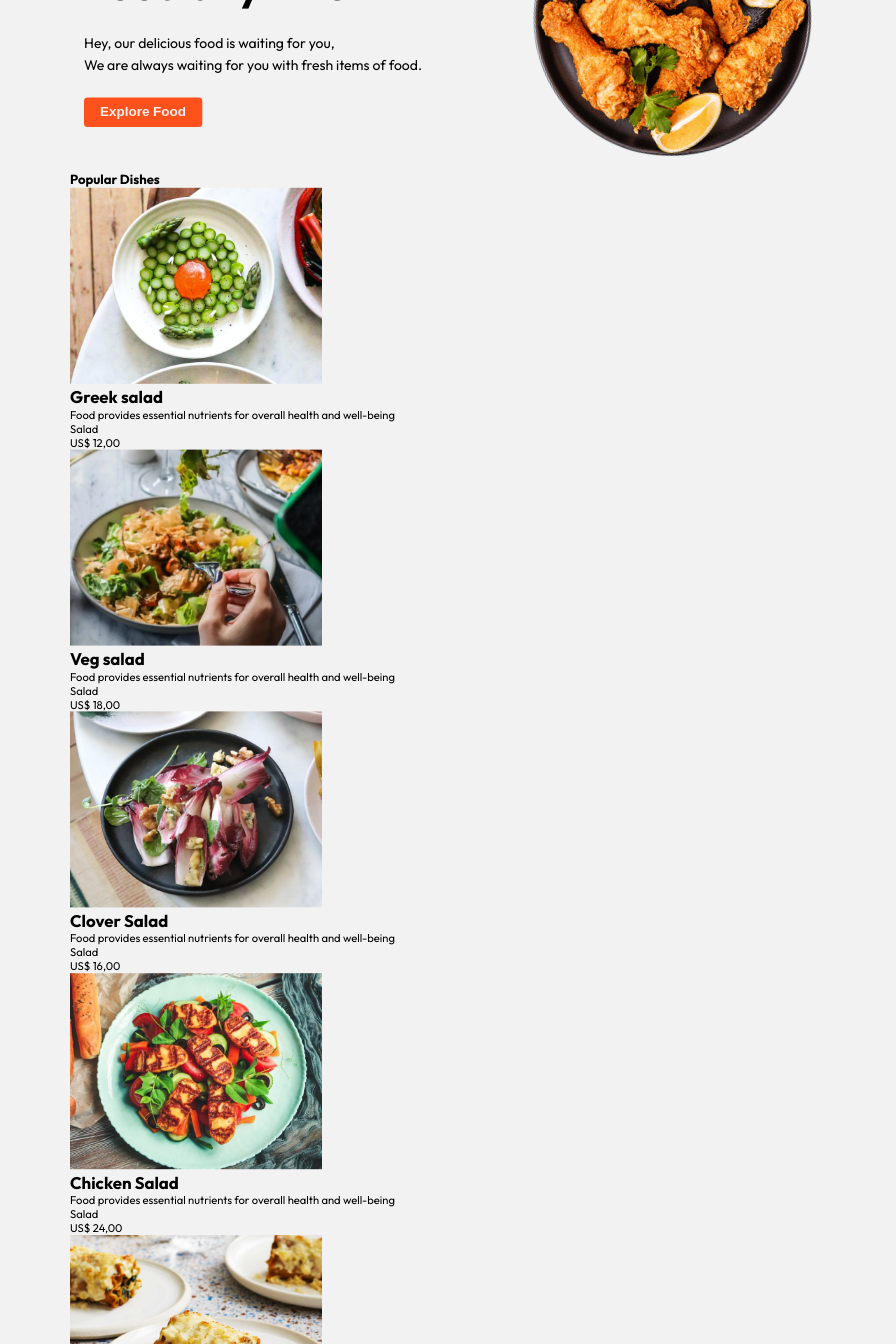
Repository: guilhermecardoso93/foodio
Page: /
These files come from the project's save history. The page is drawn as it stood at one moment and after the next save; the edit follows.
The browser window is 1280 px wide. The pictures show the part of the page from y = 395 to 2315 px (the page is 12632 px tall before and 12682 px after), at 70% of full size.
The project was rebuilt for these pictures with package versions that can differ from the ones it lists, and the page was loaded fresh each time. Also part of the build but not shown: vite.config.js, src/components/CardItem/styles.css, src/index.css.

Above is the page before, as saved 2024-11-05 20:05:07.

After the next save:
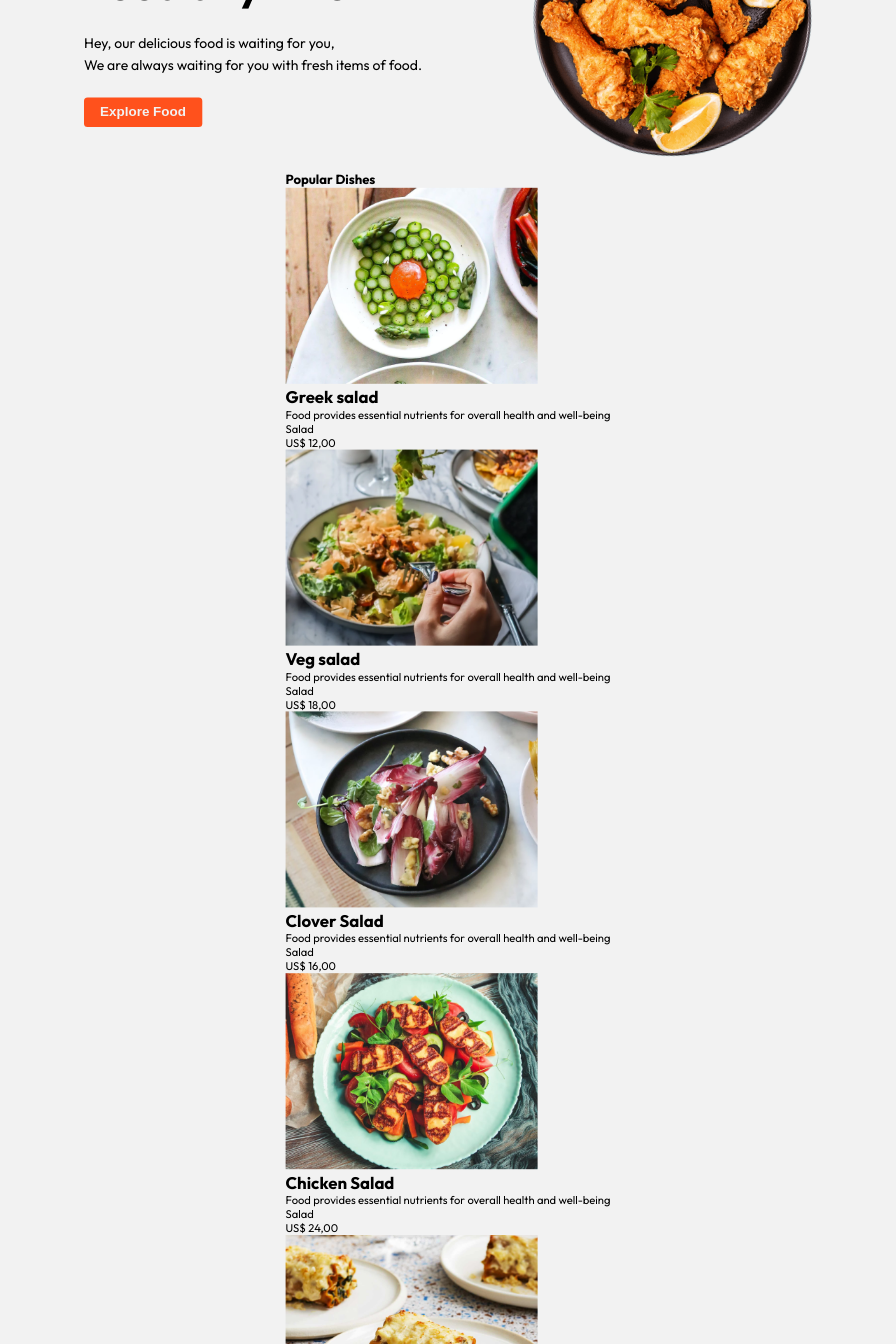
Saved 30 s later.
--- a/src/components/Main/styles.css
+++ b/src/components/Main/styles.css
@@ -110,4 +110,6 @@
 .category {
   width: 100%;
   display: flex;
+  margin-bottom: 50px;
+  justify-content: center;
 }
